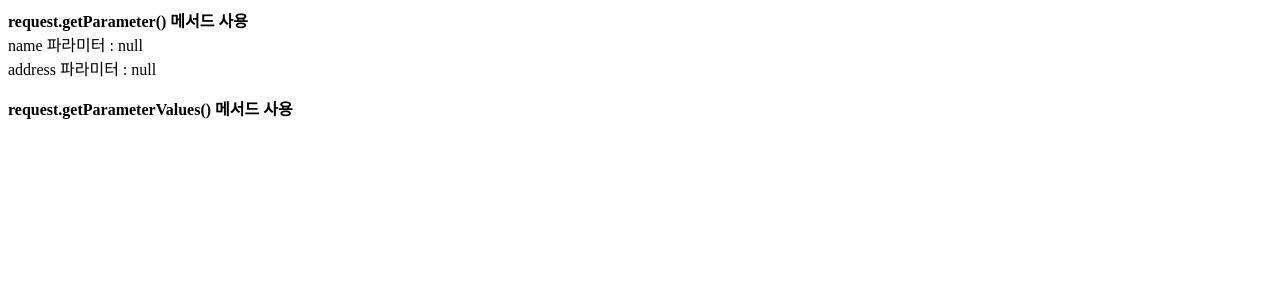
Repository: JJinBBangg/JSP
Page: http://localhost/jsp/ch03/viewParameter.jsp
The author's editor kept a copy of each file at every save. The page is drawn from the files as they stood at one save, then again after the next save.
The browser window is 1280 px wide. The pictures show the whole page.
The page is served by Tomcat 9.

Above is the page before, as saved 2023-03-29 01:50:51.

After the next save:
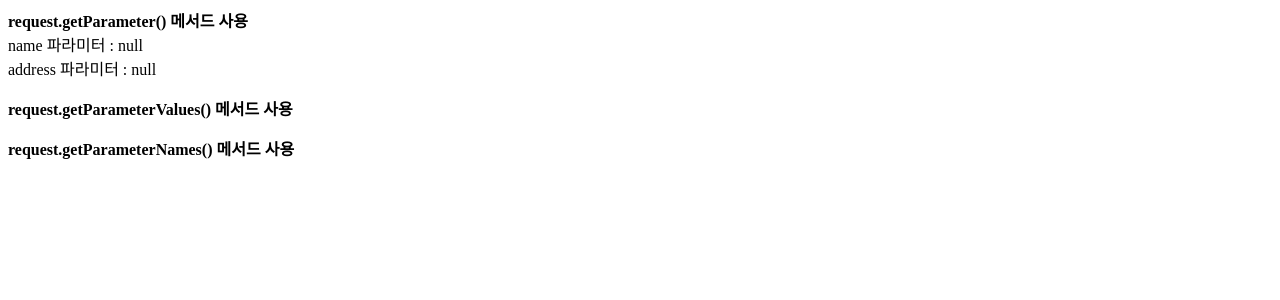
Saved 2 min 29 s later.
--- a/jsp/src/main/webapp/ch03/viewParameter.jsp
+++ b/jsp/src/main/webapp/ch03/viewParameter.jsp
@@ -1,3 +1,4 @@
+<%@page import="java.util.Enumeration"%>
 <%@ page language="java" contentType="text/html; charset=UTF-8"
     pageEncoding="UTF-8"%>
 <!DOCTYPE html>
@@ -20,7 +21,16 @@ String[] values = request.getParameterValues("pet");
 		}
 	}
 %>
-
+<p>
+<b>request.getParameterNames() 메서드 사용</b>
+<%
+Enumeration paramEnum = request.getParameterNames();
+while(paramEnum.hasMoreElements()){
+	String name = (String)paramEnum.nextElement();
+	out.print(name+" ");
+}
+%>
+</p>
 </p>
 </body>
 </html>
